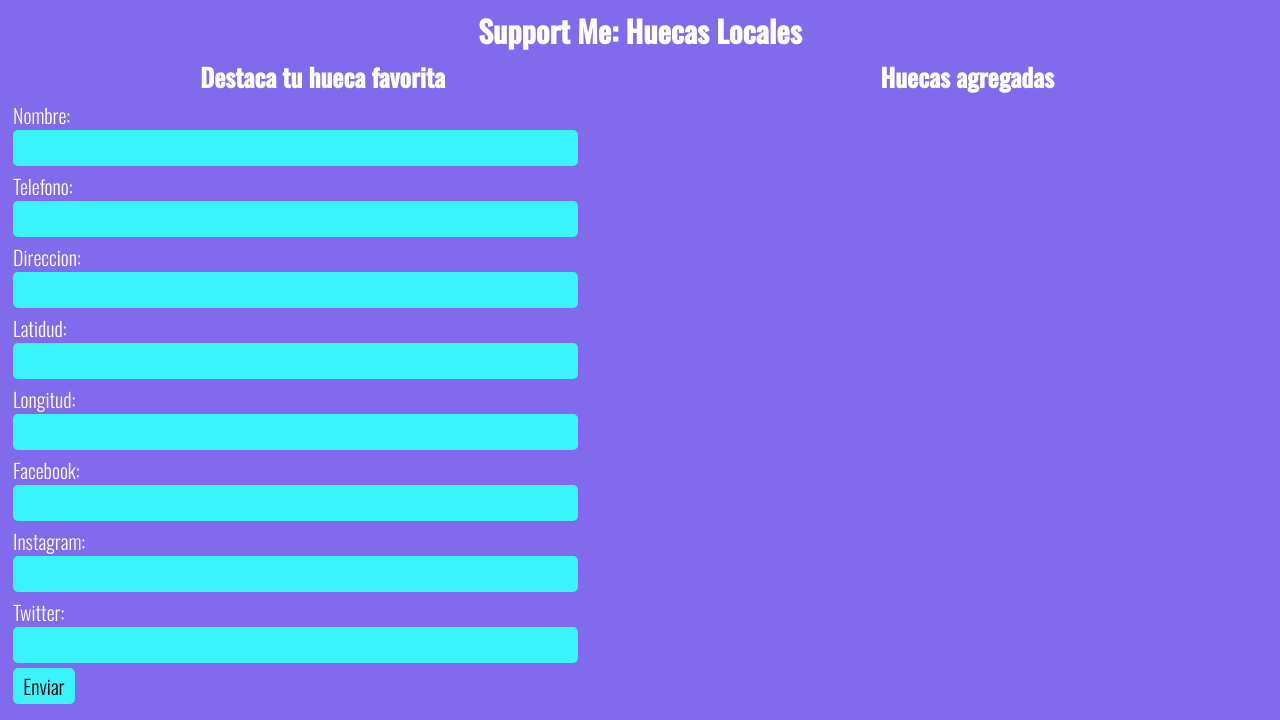
Repository: renzopachecoj/huecas-website
Page: index.html
These files come from the project's save history. The page is drawn as it stood at one moment and after the next save; the edit follows.
The browser window is 1280 px wide. The pictures show the whole page.

Above is the page before, as saved 2020-08-01 19:05:45.

After the next save:
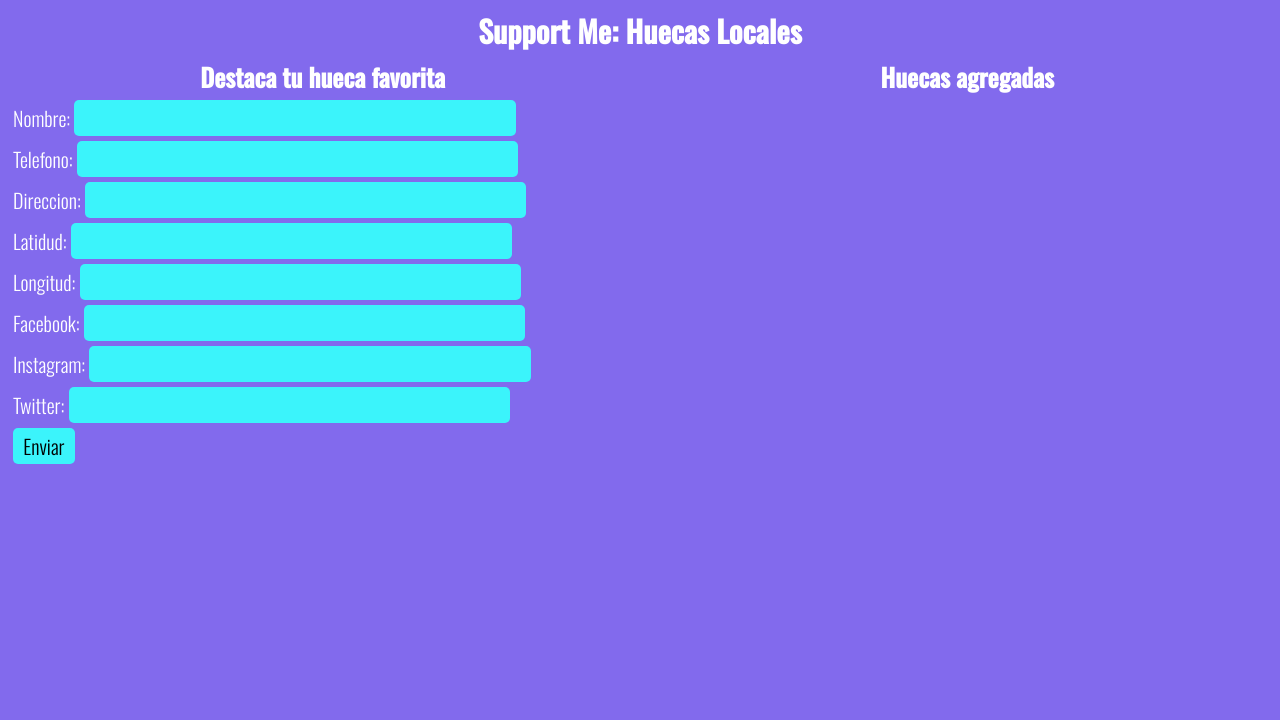
Saved 39 s later.
--- a/styles.css
+++ b/styles.css
@@ -37,7 +37,7 @@ h2{
     margin: 0px 5px 5px 5px;
 }
 input{
-    width: 90%;
+    width: 70%;
     border-radius: 5px;
     border-color: transparent;
     background-color: #3BF4FB;
